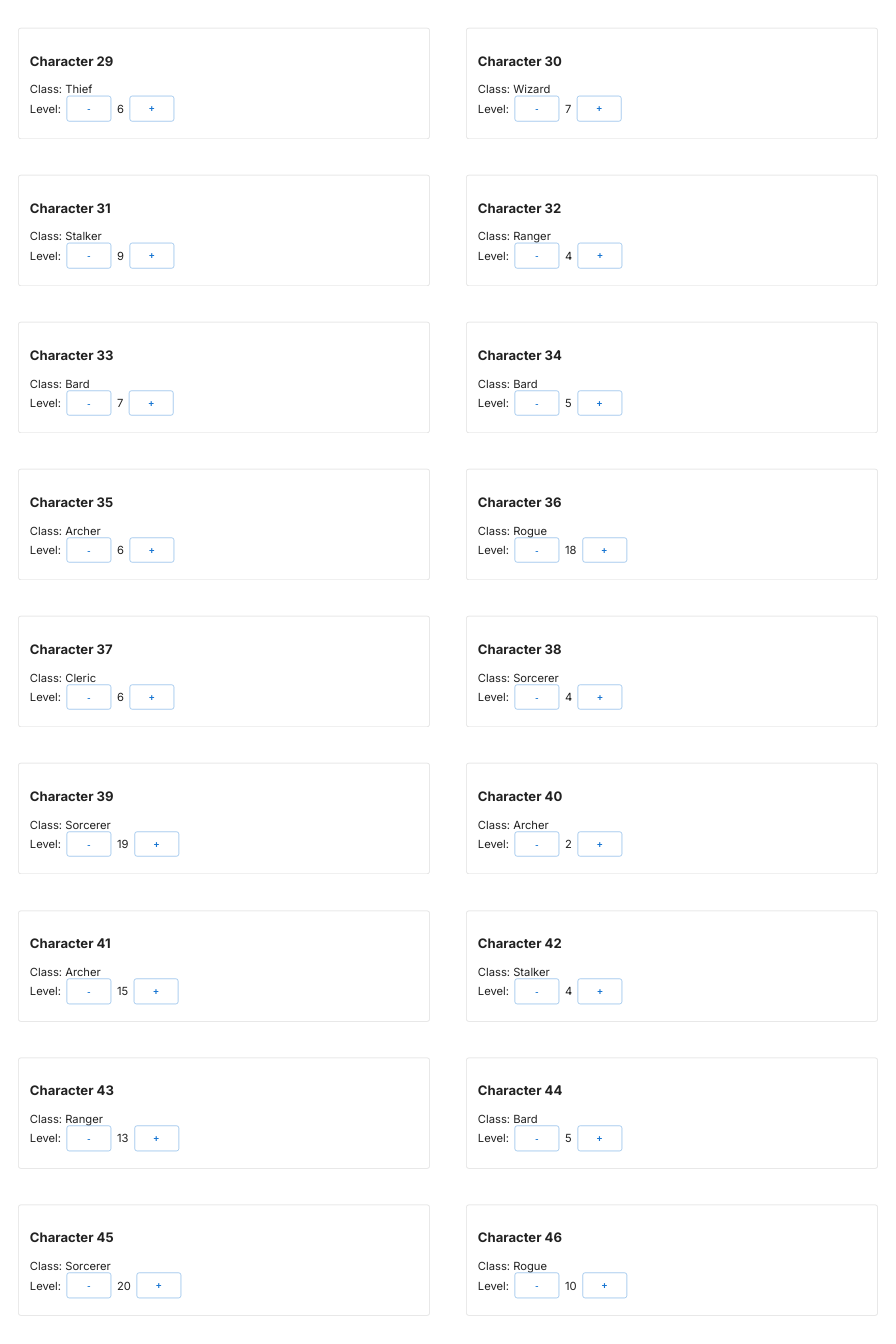
Repository: meganmajewski/adv-react-dnd-starter
Page: /
The author's editor kept a copy of each file at every save. The page is drawn from the files as they stood at one save, then again after the next save.
The browser window is 1280 px wide. The pictures show the part of the page from y = 3334 to 5254 px (the page is 21839 px tall before and 3558 px after), at 70% of full size.
The project was rebuilt for these pictures with package versions that can differ from the ones it lists, and the page was loaded fresh each time. The framework's server and built-in components were replaced by stand-ins that run in the browser. Also part of the build but not shown: next.config.js, components/Menu.tsx.

Above is the page before, as saved 2023-08-10 17:41:06.

After the next save:
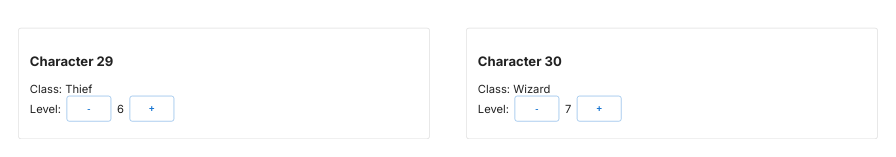
Saved 28 s later.
--- a/components/Characters.tsx
+++ b/components/Characters.tsx
@@ -39,7 +39,7 @@ const Charcters = () => {
       <h2>Characters</h2>
       <div>
         <ul style={{ display: "flex", flexWrap: "wrap" }}>
-          {characters.map((item, i) => (
+          {characters.slice(startIndex, startIndex + 30).map((item, i) => (
             <Character
               key={item.name}
               character={item}
